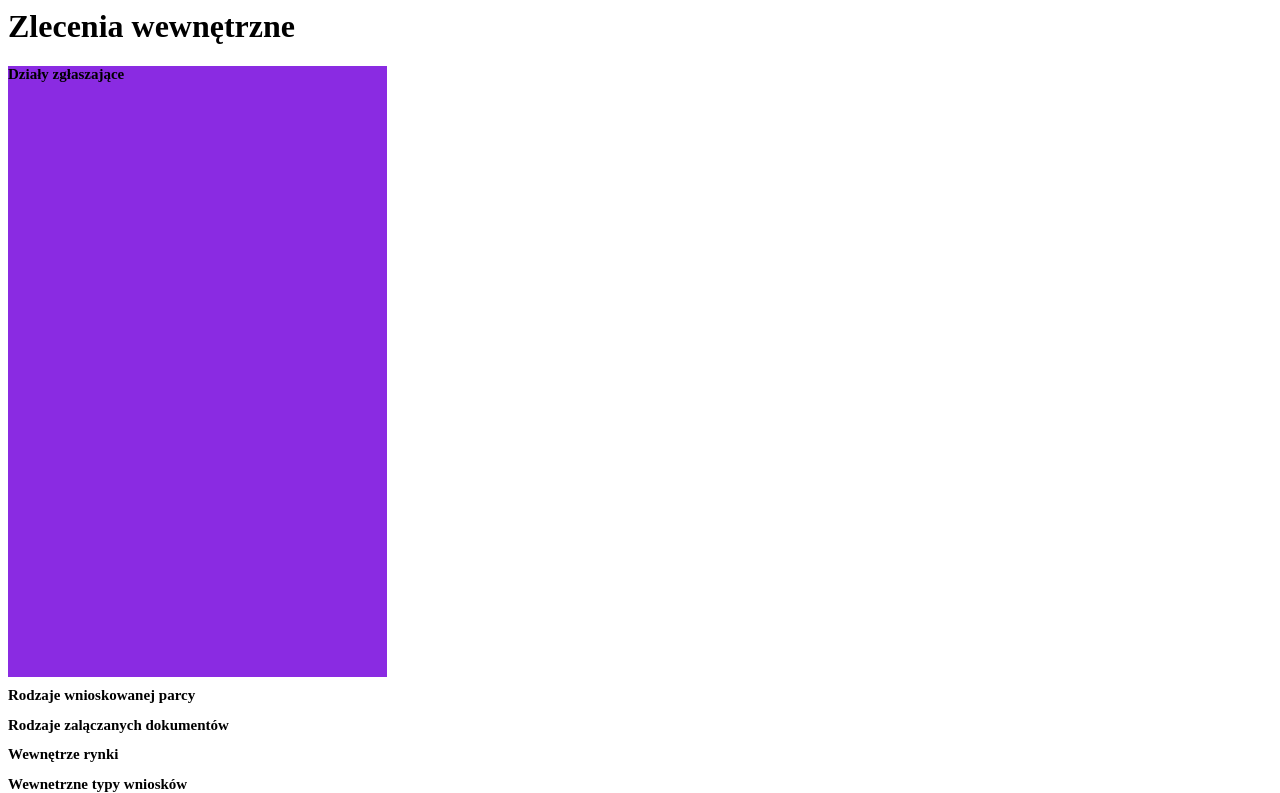
Repository: emdes515/EHpanel
Page: html/dashboardZleceniaWewnetrzne.html
The author's editor kept a copy of each file at every save. The page is drawn from the files as they stood at one save, then again after the next save.
The browser window is 1280 px wide. The pictures show the whole page.

Above is the page before, as saved 2024-04-18 07:36:59.
Console error: ReferenceError: $ is not defined

After the next save:
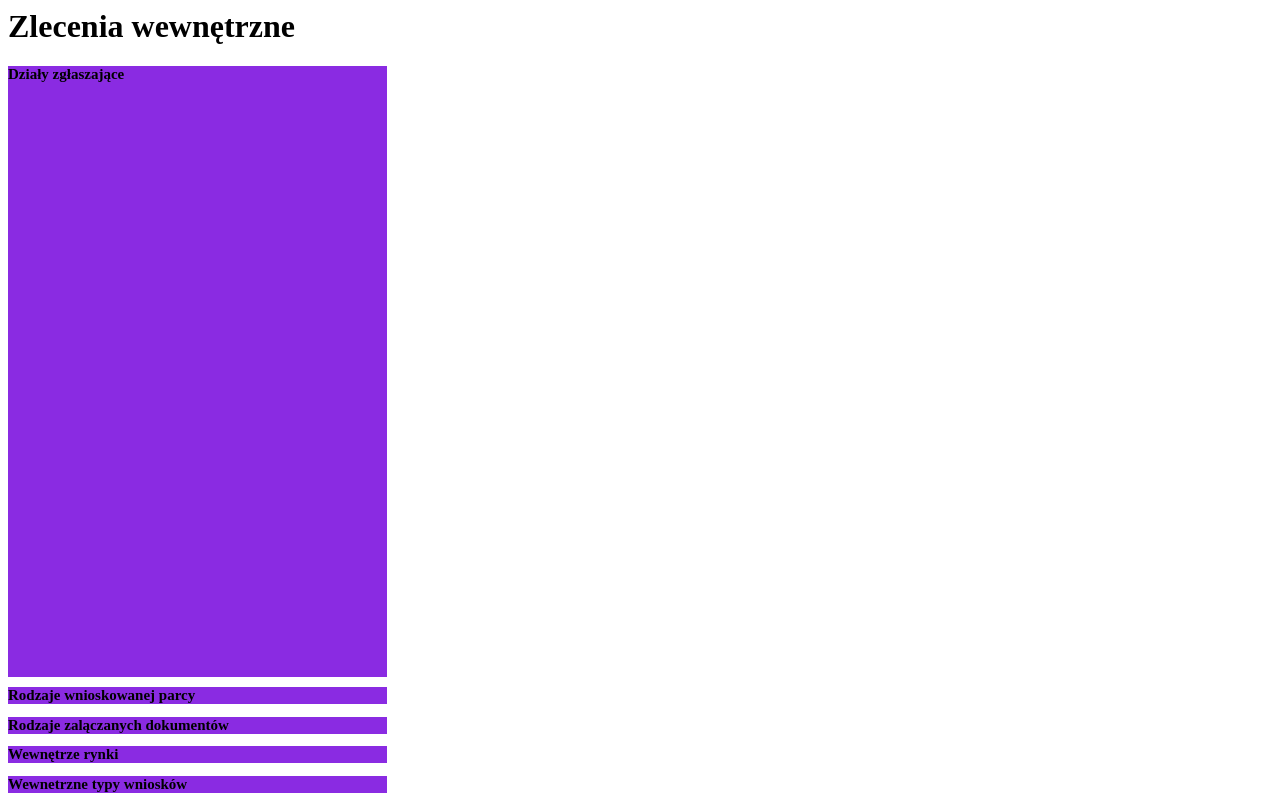
Saved 13 s later.
--- a/html/dashboardZleceniaWewnetrzne.html
+++ b/html/dashboardZleceniaWewnetrzne.html
@@ -23,7 +23,7 @@
 
 		<div
 			class="col-4 border-primary"
-			style="background-color: blueviolet width: 30%"
+			style="background-color: blueviolet; width: 30%"
 			id="dashboardZleceniaWewnetrzneRodzajeWnioskowanejPracy">
 			<h2>Rodzaje wnioskowanej parcy</h2>
 			<div id="dashboardZleceniaWewnetrzneRodzajeWnioskowanejPracyPulpit"></div>
@@ -31,7 +31,7 @@
 
 		<div
 			class="col-4 border-primary"
-			style="background-color: blueviolet width: 30%"
+			style="background-color: blueviolet; width: 30%"
 			id="dashboardZleceniaWewnetrzneRodzajeZalaczanychDokumentow">
 			<h2>Rodzaje zalączanych dokumentów</h2>
 			<div id="dashboardZleceniaWewnetrzneRodzajeZalaczanychDokumentowPulpit"></div>
@@ -41,7 +41,7 @@
 	<div class="row">
 		<div
 			class="col-4 border-primary"
-			style="background-color: blueviolet width: 30%"
+			style="background-color: blueviolet; width: 30%"
 			id="dashboardZleceniaWewnetrzneRynki">
 			<h2>Wewnętrze rynki</h2>
 			<div id="dashboardZleceniaWewnetrzneRynkiPulpit"></div>
@@ -49,7 +49,7 @@
 
 		<div
 			class="col-4 border-primary"
-			style="background-color: blueviolet width: 30%"
+			style="background-color: blueviolet; width: 30%"
 			id="dashboardZleceniaWewnetrzneTypyWnioskow">
 			<h2>Wewnetrzne typy wniosków</h2>
 			<div id="dashboardZleceniaWewnetrzneTypyWnioskowPulpit"></div>
